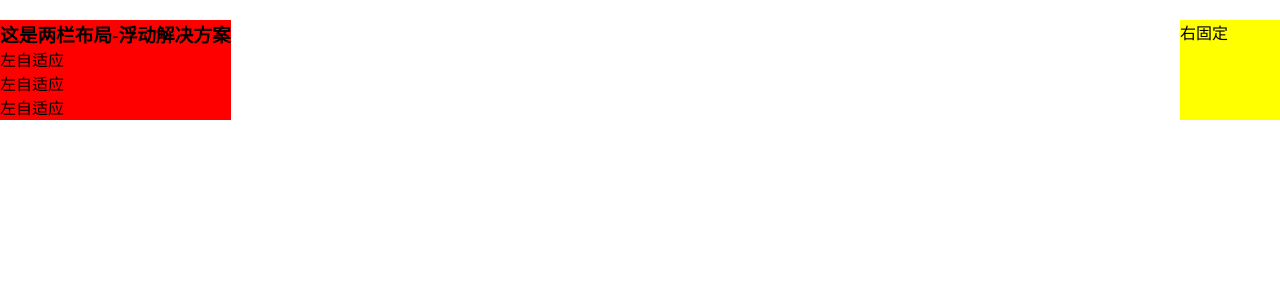
Repository: Qianfane/Blog
Page: 面试相关/测试/2-2、两栏布局-右固定左自适应.html
An editor plug-in stored every save of this project. The page is shown before and after the next save, followed by the edit.
The browser window is 1280 px wide. The pictures show the whole page.

Above is the page before, as saved 2022-01-03 16:22:50.

### 面试相关/测试/2-2、两栏布局-右固定左自适应.html
<!DOCTYPE html>
<html lang="en">

<head>
    <meta charset="UTF-8">
    <meta http-equiv="X-UA-Compatible" content="IE=edge">
    <meta name="viewport" content="width=device-width, initial-scale=1.0">
    <title>2-2、两栏布局-右固定左自适应</title>
    <style>
        html * {
            padding: 0;
            margin: 0;
        }

        .layout {
            margin-bottom: 20px;
        }

        .layout div {
            min-height: 100px;
        }
    </style>
</head>

<body>
    <!-- 浮动解决方案 -->
    <section class="layout float">
        <style>
            .layout.float .left {
                float: left;

                /* left: 0;
                right: 100px; */

                /* width: 100px; */
                /* width: 100%; */
                background: red;
            }

            .layout.float .right {
                float: right;
                /* right: 0; */

                width: 100px;
                background: yellow;
            }
        </style>
        <article class="left-right">

            <div class="right">

                右固定
            </div>
            <div class="left">
                <h1>这是两栏布局-浮动解决方案</h1>
                <p>左自适应</p>
                <p>左自适应</p>
                <p>左自适应</p>
            </div>
        </article>
    </section>

    <!-- 绝对定位解决方案 -->
    <!-- <section class="layout absolute">
        <style>
            .layout.absolute .left {
                position: absolute;
                left: 0;
                width: 100px;
                background: red;
            }

            .layout.absolute .right {
                position: absolute;
                left: 100px;
                right: 0;

                background: yellow;
            }
        </style>
        <article class="left-right">
            <div class="left">左固定</div>
            <div class="right">
                <h1>这是两栏布局-绝对定位解决方案</h1>
                <p>右自适应</p>
                <p>右自适应</p>
                <p>右自适应</p>
            </div>
        </article>
    </section> -->

    <!-- 弹性布局解决方案 -->
    <!-- <section class="layout flexbox">
        <style>
            .layout.flexbox {
                margin-top: 140px;
            }

            .layout.flexbox .left-right {
                display: flex;
            }

            .layout.flexbox .left {
                width: 100px;
                background: red;
            }

            .layout.flexbox .right {
                flex: 1;

                background: yellow;
            }
        </style>
        <article class="left-right">
            <div class="left">左固定</div>
            <div class="right">
                <h1>这是两栏布局-弹性布局解决方案</h1>
                <p>右自适应</p>
                <p>右自适应</p>
                <p>右自适应</p>
            </div>
        </article>
    </section> -->

    <!-- 表格布局解决方案 -->
    <!-- <section class="layout table">
        <style>
            .layout.table .left-right {
                display: table;

                width: 100%;
                height: 100px;
            }

            .layout.table .left {
                display: table-cell;

                width: 100px;
                background: red;
            }

            .layout.table .right {
                display: table-cell;

                background: yellow;
            }
        </style>
        <article class="left-right">
            <div class="left">左固定</div>
            <div class="right">
                <h1>这是两栏布局-表格布局解决方案</h1>
                <p>右自适应</p>
                <p>右自适应</p>
                <p>右自适应</p>
            </div>
        </article>
    </section> -->

    <!-- 网格布局解决方案 -->
    <!-- <section class="layout grid">
        <style>
            .layout.grid .left-right {
                display: grid;
                grid-template-columns: 100px auto;

                width: 100%;
                height: 100px;
            }

            .layout.grid .left {
                background: red;
            }

            .layout.grid .right {
                background: yellow;
            }
        </style>
        <article class="left-right">
            <div class="left">左固定</div>
            <div class="right">
                <h1>这是两栏布局-网格布局解决方案</h1>
                <p>右自适应</p>
                <p>右自适应</p>
                <p>右自适应</p>
            </div>
        </article>
    </section> -->
</body>

</html>

After the next save:
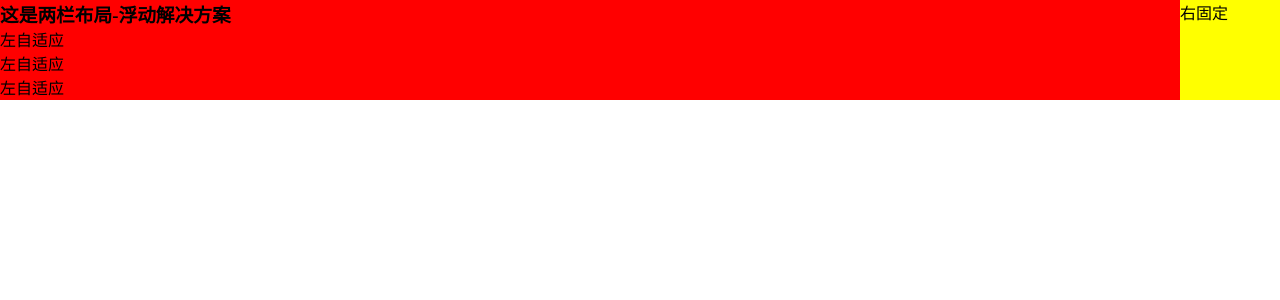
Saved 30 s later.
--- a/面试相关/测试/2-2、两栏布局-右固定左自适应.html
+++ b/面试相关/测试/2-2、两栏布局-右固定左自适应.html
@@ -27,7 +27,7 @@
     <section class="layout float">
         <style>
             .layout.float .left {
-                float: left;
+                /* float: left; */
 
                 /* left: 0;
                 right: 100px; */
